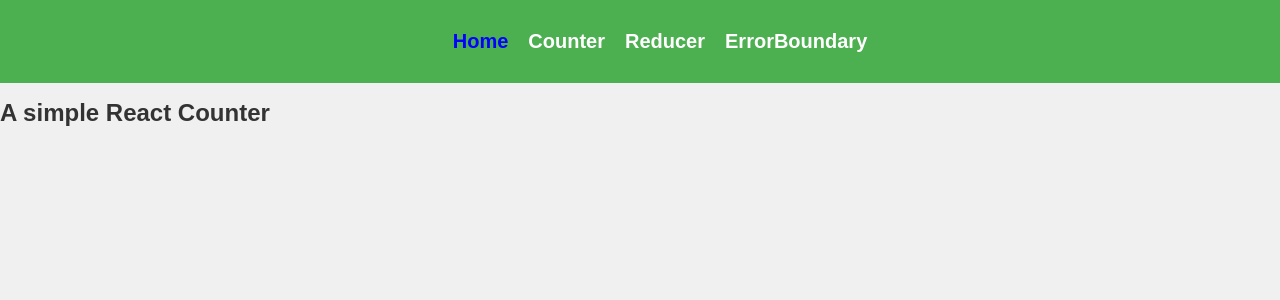
Repository: qudos4real/altschool-second-sem
Page: /
An editor plug-in stored every save of this project. The page is shown before and after the next save, followed by the edit.
The browser window is 1280 px wide. The pictures show the whole page.
The project was rebuilt for these pictures with package versions that can differ from the ones it lists, and the page was loaded fresh each time. Also part of the build but not shown: src/hooks/useCounter.js, src/Components/Counter.js, src/App.css, src/hooks/reducer.1.js, src/Components/Reducer.js, src/Components/NotFound.js, src/Components/ErrorBoundary.js.

Above is the page before, as saved 2022-11-04 19:38:23.

After the next save:
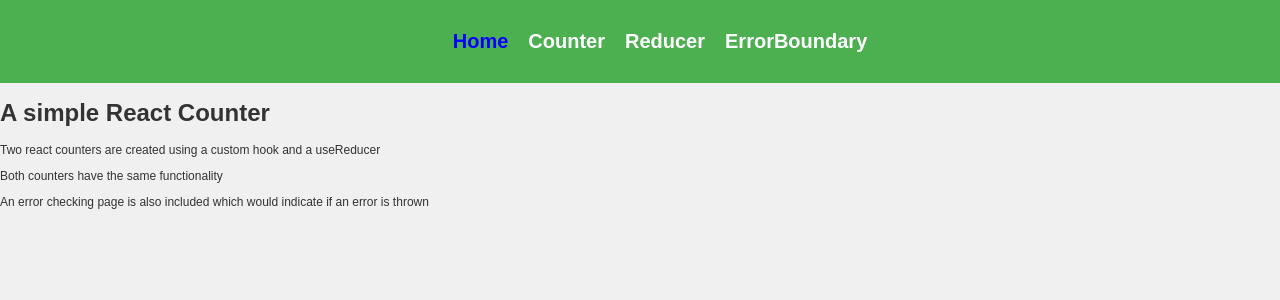
Saved 6 min 7 s later.
--- a/src/Components/Home.js
+++ b/src/Components/Home.js
@@ -5,7 +5,9 @@ function Home() {
   return (
     <div>
       <h1>A simple React Counter</h1>
-        {/* <Outlet /> */}
+        <p>Two react counters are created using a custom hook and a useReducer </p>
+        <p>Both counters have the same functionality</p>
+        <p>An error checking page is also included which would indicate if an error is thrown</p>
 
     </div>
   );
